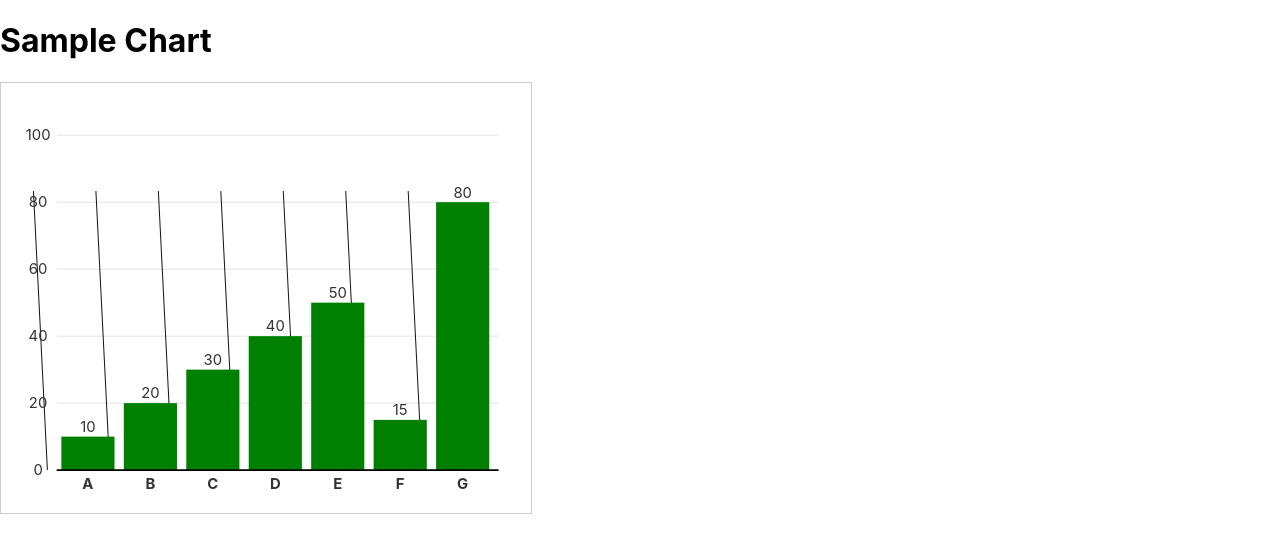
Repository: CaptainJang316/GChart
Page: /
An editor plug-in stored every save of this project. The page is shown before and after the next save, followed by the edit.
The browser window is 1280 px wide. The pictures show the whole page.
The project was rebuilt for these pictures with package versions that can differ from the ones it lists, and the page was loaded fresh each time. Also part of the build but not shown: src/App.css.

Above is the page before, as saved 2024-11-09 17:57:39.

After the next save:
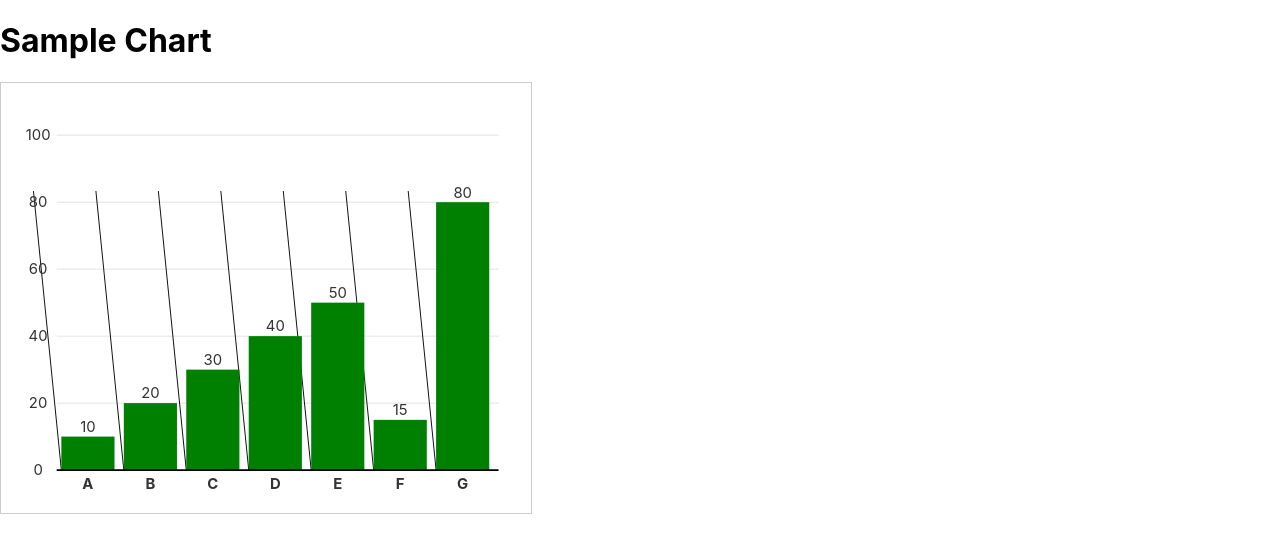
Saved 5 s later.
--- a/src/components/Chart/BarChart.tsx
+++ b/src/components/Chart/BarChart.tsx
@@ -61,7 +61,7 @@ const BarChart: React.FC<Option> = ({
                     {gridLines.vertical.map((el: { id: React.Key | null | undefined; x1: number ; y1: number ; x2: number ; y2: number; }, index: number) => (
                         <line
                             key={el.id}
-                            x1={barWidth * index + 15}
+                            x1={barWidth * index + 30}
                             y1={height}
                             x2={barWidth * index}
                             y2={100}
